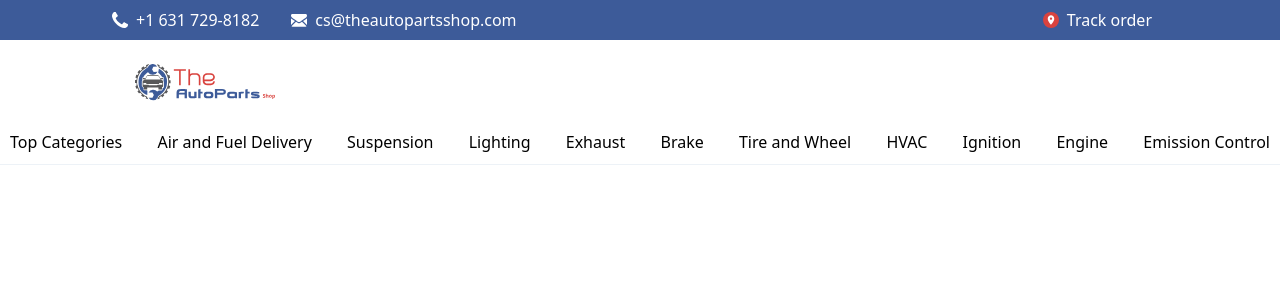
Repository: robindhimanspineor/TAPS-Next
Page: /
An editor plug-in stored every save of this project. The page is shown before and after the next save, followed by the edit.
The browser window is 1280 px wide. The pictures show the whole page.
The project was rebuilt for these pictures with package versions that can differ from the ones it lists, and the page was loaded fresh each time. The framework's server and built-in components were replaced by stand-ins that run in the browser. Also part of the build but not shown: next.config.js.

Above is the page before, as saved 2021-09-16 16:58:44.

### src/pages/index.tsx
// import { useRouter } from 'next/router';

// import { Meta } from '../layout/Meta';
// import { Main } from '../templates/Main';
import Header from '../components/common/header';

const Index = () => {
  // const router = useRouter();

  return (
    // <Main
    //   meta={
    //     <Meta
    //       title="Next.js Boilerplate Presentation"
    //       description="Next js Boilerplate is the perfect starter code for your project. Build your React application with the Next.js framework."
    //     />
    //   }
    // >
    // </Main>
    <div>
      <main className="main-container block">
        <Header />
      </main>
    </div>
  );
};

export default Index;

### src/styles/main.css
@tailwind base;
a {
  @apply text-blue-700;
}

a:hover {
  @apply border-b-2 border-blue-700;
}

@tailwind components;
@tailwind utilities;
.content p {
  @apply my-6;
}

.content ul {
  @apply my-6;
}

a {
  text-decoration: none;
  color: black;
}

.main-header {
  display: flex;
  flex-direction: row;
  flex-wrap: nowrap;
  align-content: flex-start;
  align-items: center;
  height: 80px;
  max-width: 1580px;
  flex-grow: 1;
  width: 100%;
  padding: 0 125px 0 115px;
}

.logo {
  flex-basis: 260px;
  display: flex;
  align-items: center;
  justify-content: flex-start;
  padding-left: 20px;
}

.logo a {
  display: inline-block;
}

.logo a span {
  display: block;
  margin-top: 5px;
  width: 140px;
}

### src/components/common/header/index.tsx
import TopHeader from './top-header';
import MainHeader from './main-header';
import CategoriesHeader from './categories-header';

const Header = () => {
  return (
    <header className="flex flex-col items-center justify-center w-full static border-b z-50">
      <TopHeader />
      <MainHeader />
      <CategoriesHeader />
    </header>
  );
};

export default Header;

### src/components/common/header/top-header.tsx
import PhoneHandle from '../../../svg/PhoneHandleSvg.js';
import MailBoxSvg from '../../../svg/MailBoxSvg.js';
import TrackOrderSvg from '../../../svg/TrackOrderSvg.js';

import topHeaderStyles from '../../../styles/top-header.module.css';
const TopHeader = () => {
  return (
    <div
      className={`${topHeaderStyles.bgBlue} head-top flex justify-between py-2 pr-32 pl-28  w-full text-base`}
    >
      <div className="w-screen max-w-screen-xl flex justify-between">
        <div className="head-top-left flex text-white font-medium w-9/12">
          <div className="head-top-phone flex items-center text-white w-auto">
            <div
              className="text-white h-6 w-6 flex items-center pr-2"
              style={{ fill: '#fff' }}
            >
              <PhoneHandle />
            </div>
            <p>+1 631 729-8182</p>
          </div>
          <div className="heap-top-email flex items-center text-white w-auto ml-8">
            <div
              className="text-white h-6 w-6 flex items-center pr-2"
              style={{ fill: '#fff' }}
            >
              <MailBoxSvg />
            </div>
            <p>cs@theautopartsshop.com</p>
          </div>
        </div>
        <div className="head-top-right text-white font-medium">
          <div
            className="head-top-track-order flex items-center text-white w-auto cursor-pointer"
            onClick={() => console.log('track order')}
          >
            <div
              className="text-white h-6 w-6 flex items-center pr-2 "
              style={{ fill: '#fff' }}
            >
              <TrackOrderSvg />
            </div>
            <p>Track order</p>
          </div>
        </div>
      </div>
    </div>
  );
};
export default TopHeader;

### src/components/common/header/main-header.tsx
import Logo from './logo';

const MainHeader = () => {
  return (
    <div className="main-header">
      <Logo />
      <div className="searchbar"></div>
      <div className="cart-button"></div>
    </div>
  );
};

export default MainHeader;

### src/components/common/header/categories-header.tsx
import Link from 'next/link';
const CategoriesHeader = () => {
  return (
    <div className="header-categories w-screen max-w-screen-xl flex justify-between ">
      <Link href="/">
        <a className="m-2.5 text-black">Top Categories</a>
      </Link>
      <Link href="/air-and-fuel-delivery">
        <a className="m-2.5 text-black">Air and Fuel Delivery</a>
      </Link>
      <Link href="/suspension">
        <a className="m-2.5 text-black">Suspension</a>
      </Link>
      <Link href="/electrical-lighting-and-body">
        <a className="m-2.5 text-black">Lighting</a>
      </Link>
      <Link href="/exhaust">
        <a className="m-2.5 text-black">Exhaust</a>
      </Link>
      <Link href="/brake">
        <a className="m-2.5 text-black">Brake</a>
      </Link>
      <Link href="/tire-and-wheel">
        <a className="m-2.5 text-black">Tire and Wheel</a>
      </Link>
      <Link href="/hvac">
        <a className="m-2.5 text-black">HVAC</a>
      </Link>
      <Link href="/ignition">
        <a className="m-2.5 text-black">Ignition</a>
      </Link>
      <Link href="/engine">
        <a className="m-2.5 text-black">Engine</a>
      </Link>
      <Link href="/emission-control">
        <a className="m-2.5 text-black">Emission Control</a>
      </Link>
    </div>
  );
};

export default CategoriesHeader;

### src/svg/PhoneHandleSvg.js
import React from 'react';

const PhoneHandle = () => (
  <svg
    version="1.1"
    xmlns="http://www.w3.org/2000/svg"
    xmlnsXlink="http://www.w3.org/1999/xlink"
    x="0px"
    y="0px"
    width="401.998px"
    height="401.998px"
    viewBox="0 0 401.998 401.998"
    style={{ enableBackground: 'new 0 0 401.998 401.998' }}
    xmlSpace="preserve"
    aria-label="phone handle svg"
  >
    <g>
      <path
        d="M401.129,311.475c-1.137-3.426-8.371-8.473-21.697-15.129c-3.61-2.098-8.754-4.949-15.41-8.566
		c-6.662-3.617-12.709-6.95-18.13-9.996c-5.432-3.045-10.521-5.995-15.276-8.846c-0.76-0.571-3.139-2.234-7.136-5
		c-4.001-2.758-7.375-4.805-10.14-6.14c-2.759-1.327-5.473-1.995-8.138-1.995c-3.806,0-8.56,2.714-14.268,8.135
		c-5.708,5.428-10.944,11.324-15.7,17.706c-4.757,6.379-9.802,12.275-15.126,17.7c-5.332,5.427-9.713,8.138-13.135,8.138
		c-1.718,0-3.86-0.479-6.427-1.424c-2.566-0.951-4.518-1.766-5.858-2.423c-1.328-0.671-3.607-1.999-6.845-4.004
		c-3.244-1.999-5.048-3.094-5.428-3.285c-26.075-14.469-48.438-31.029-67.093-49.676c-18.649-18.658-35.211-41.019-49.676-67.097
		c-0.19-0.381-1.287-2.19-3.284-5.424c-2-3.237-3.333-5.518-3.999-6.854c-0.666-1.331-1.475-3.283-2.425-5.852
		s-1.427-4.709-1.427-6.424c0-3.424,2.713-7.804,8.138-13.134c5.424-5.327,11.326-10.373,17.7-15.128
		c6.379-4.755,12.275-9.991,17.701-15.699c5.424-5.711,8.136-10.467,8.136-14.273c0-2.663-0.666-5.378-1.997-8.137
		c-1.332-2.765-3.378-6.139-6.139-10.138c-2.762-3.997-4.427-6.374-4.999-7.139c-2.852-4.755-5.799-9.846-8.848-15.271
		c-3.049-5.424-6.377-11.47-9.995-18.131c-3.615-6.658-6.468-11.799-8.564-15.415C98.986,9.233,93.943,1.997,90.516,0.859
		C89.183,0.288,87.183,0,84.521,0c-5.142,0-11.85,0.95-20.129,2.856c-8.282,1.903-14.799,3.899-19.558,5.996
		c-9.517,3.995-19.604,15.605-30.264,34.826C4.863,61.566,0.01,79.271,0.01,96.78c0,5.135,0.333,10.131,0.999,14.989
		c0.666,4.853,1.856,10.326,3.571,16.418c1.712,6.09,3.093,10.614,4.137,13.56c1.045,2.948,2.996,8.229,5.852,15.845
		c2.852,7.614,4.567,12.275,5.138,13.988c6.661,18.654,14.56,35.307,23.695,49.964c15.03,24.362,35.541,49.539,61.521,75.521
		c25.981,25.98,51.153,46.49,75.517,61.526c14.655,9.134,31.314,17.032,49.965,23.698c1.714,0.568,6.375,2.279,13.986,5.141
		c7.614,2.854,12.897,4.805,15.845,5.852c2.949,1.048,7.474,2.43,13.559,4.145c6.098,1.715,11.566,2.905,16.419,3.576
		c4.856,0.657,9.853,0.996,14.989,0.996c17.508,0,35.214-4.856,53.105-14.562c19.219-10.656,30.826-20.745,34.823-30.269
		c2.102-4.754,4.093-11.273,5.996-19.555c1.909-8.278,2.857-14.985,2.857-20.126C401.99,314.814,401.703,312.819,401.129,311.475z"
      />
    </g>
    <g />
    <g />
    <g />
    <g />
    <g />
    <g />
    <g />
    <g />
    <g />
    <g />
    <g />
    <g />
    <g />
    <g />
    <g />
  </svg>
);

export default PhoneHandle;

### src/svg/MailBoxSvg.js
import React from 'react';

const MailBoxSvg = () => (
  <svg
    version="1.1"
    xmlns="http://www.w3.org/2000/svg"
    xmlnsXlink="http://www.w3.org/1999/xlink"
    x="0px"
    y="0px"
    width="550.795px"
    height="550.795px"
    viewBox="0 0 550.795 550.795"
    style={{ enableBackground: 'new 0 0 550.795 550.795' }}
    xmlSpace="preserve"
    aria-label="mail box"
  >
    <g>
      <g>
        <path
          d="M501.613,491.782c12.381,0,23.109-4.088,32.229-12.16L377.793,323.567c-3.744,2.681-7.373,5.288-10.801,7.767
			c-11.678,8.604-21.156,15.318-28.434,20.129c-7.277,4.822-16.959,9.737-29.045,14.755c-12.094,5.024-23.361,7.528-33.813,7.528
			h-0.306h-0.306c-10.453,0-21.72-2.503-33.813-7.528c-12.093-5.018-21.775-9.933-29.045-14.755
			c-7.277-4.811-16.75-11.524-28.434-20.129c-3.256-2.387-6.867-5.006-10.771-7.809L16.946,479.622
			c9.119,8.072,19.854,12.16,32.234,12.16H501.613z"
        />
        <path
          d="M31.047,225.299C19.37,217.514,9.015,208.598,0,198.555V435.98l137.541-137.541
			C110.025,279.229,74.572,254.877,31.047,225.299z"
        />
        <path
          d="M520.059,225.299c-41.865,28.336-77.447,52.73-106.75,73.195l137.486,137.492V198.555
			C541.98,208.396,531.736,217.306,520.059,225.299z"
        />
        <path
          d="M501.613,59.013H49.181c-15.784,0-27.919,5.33-36.42,15.979C4.253,85.646,0.006,98.97,0.006,114.949
			c0,12.907,5.636,26.892,16.903,41.959c11.267,15.061,23.256,26.891,35.961,35.496c6.965,4.921,27.969,19.523,63.012,43.801
			c18.917,13.109,35.368,24.535,49.505,34.395c12.05,8.396,22.442,15.667,31.022,21.701c0.985,0.691,2.534,1.799,4.59,3.269
			c2.215,1.591,5.018,3.61,8.476,6.107c6.659,4.816,12.191,8.709,16.597,11.683c4.4,2.975,9.731,6.298,15.985,9.988
			c6.249,3.685,12.143,6.456,17.675,8.299c5.533,1.842,10.655,2.766,15.367,2.766h0.306h0.306c4.711,0,9.834-0.924,15.368-2.766
			c5.531-1.843,11.42-4.608,17.674-8.299c6.248-3.69,11.572-7.02,15.986-9.988c4.406-2.974,9.938-6.866,16.598-11.683
			c3.451-2.497,6.254-4.517,8.469-6.102c2.057-1.476,3.605-2.577,4.596-3.274c6.684-4.651,17.1-11.892,31.104-21.616
			c25.482-17.705,63.01-43.764,112.742-78.281c14.957-10.447,27.453-23.054,37.496-37.803c10.025-14.749,15.051-30.22,15.051-46.408
			c0-13.525-4.873-25.098-14.598-34.737C526.461,63.829,514.932,59.013,501.613,59.013z"
        />
      </g>
    </g>
    <g />
    <g />
    <g />
    <g />
    <g />
    <g />
    <g />
    <g />
    <g />
    <g />
    <g />
    <g />
    <g />
    <g />
    <g />
  </svg>
);

export default MailBoxSvg;

### src/svg/TrackOrderSvg.js
import React from 'react';

const TrackOrderSvg = () => (
    <svg xmlns="http://www.w3.org/2000/svg"
        version="1.1"
        id="Layer_1"
        x="0px"
        y="0px"
        viewBox="0 0 28 28"
        style={{ enableBackground: "new 0 0 28 28" }}>

        <circle id="Ellipse_2" fill="#D9433E" cx="14" cy="14" r="14" />
        <path id="Icon_material-location-on" fill="#FFFFFF" d="M14,5.9c-3.1,0-5.7,2.5-5.7,5.7c0,0,0,0,0,0c0,4.3,5.7,10.5,5.7,10.5  s5.7-6.3,5.7-10.5C19.7,8.4,17.1,5.9,14,5.9C14,5.9,14,5.9,14,5.9z M14,13.6c-1.1,0-2-0.9-2-2c0-1.1,0.9-2,2-2c1.1,0,2,0.9,2,2l0,0  C16,12.7,15.1,13.6,14,13.6z" />
    </svg>
);

export default TrackOrderSvg;

### src/styles/top-header.module.css
.bgBlue {
  background-color: #3d5b99;
}

### src/components/common/header/logo.tsx
import React from 'react';
import Link from 'next/link';

const Logo = () => (
  <div className="logo">
    <Link href="/">
      <a>
        <span>
          <svg x="0px" y="0px" viewBox="0 0 1004.91 260.67">
            <title>theautopartsshop.com</title>
            <path
              fill="#ff0"
              d="M231.67,154.11"
              transform="translate(-48.51 -38.87)"
            />
            <path
              fill="#ff0"
              d="M259.25,150.17"
              transform="translate(-48.51 -38.87)"
            />
            <path
              fill="#d9433e"
              d="M327.3,76.1h86.6V87.9H376.66V191.22H364.95V87.9H327.3Z"
              transform="translate(-48.51 -38.87)"
            />
            <path
              fill="#d9433e"
              d="M431.62,76h12.2v33.85q8.8-5.33,15.59-5.33h31.1q10.58,0,20.92,10.66,6.87,7.35,6.87,23.59v52.43H506.5V137.58q0-16.07-12.12-20.12l-5.33-.73H461.67q-13.81,0-17.53,12.93l-.32,2.67v58.89h-12.2Z"
              transform="translate(-48.51 -38.87)"
            />
            <path
              fill="#d9433e"
              d="M564.53,104.46h28.19q20.2,0,28.2,21.65l.73,5.74v3.39q0,14.46-16.32,24.4A35.87,35.87,0,0,1,592,162.3H547.08V163q0,11.47,13.33,15.59l7.59.81h20.92q15.83,0,20.12-11.39a34.07,34.07,0,0,0,1.54-6.14h11.07q0,20.76-22.46,28.6l-6.46.73h-24.4q-24.16,0-31.91-19.39a43.41,43.41,0,0,1-1.53-10.66V134.11q0-19.63,19-27.79A26.84,26.84,0,0,1,564.53,104.46Zm-17.85,33.85v12.2h41.12q17,0,20.52-10.34a15.89,15.89,0,0,0,1.54-7.19q0-7-6.06-12.52-4.2-4.2-15.27-4.2H568.73q-12.52,0-16.72,4.93Q546.68,125.38,546.68,138.31Z"
              transform="translate(-48.51 -38.87)"
            />
            <path
              fill="#d9433e"
              d="M983.65,273.4a6.78,6.78,0,0,1-2.56,5.6,11.11,11.11,0,0,1-7.12,2,16.71,16.71,0,0,1-7.43-1.58V274.3A30.63,30.63,0,0,0,971,276a13.3,13.3,0,0,0,3.37.49,4.79,4.79,0,0,0,2.81-.7,2.4,2.4,0,0,0,1-2.08,2.3,2.3,0,0,0-.43-1.37,4.81,4.81,0,0,0-1.27-1.16,32.89,32.89,0,0,0-3.4-1.78,16.1,16.1,0,0,1-3.61-2.17,8.15,8.15,0,0,1-1.92-2.42,6.91,6.91,0,0,1-.72-3.23,6.78,6.78,0,0,1,2.36-5.47,9.8,9.8,0,0,1,6.53-2,15.4,15.4,0,0,1,3.9.48,26.89,26.89,0,0,1,3.89,1.36l-1.79,4.33a26.36,26.36,0,0,0-3.47-1.2,11.18,11.18,0,0,0-2.7-.34,3.57,3.57,0,0,0-2.42.74,2.42,2.42,0,0,0-.84,1.92,2.38,2.38,0,0,0,.34,1.28,3.74,3.74,0,0,0,1.09,1.06,33.55,33.55,0,0,0,3.53,1.84,14,14,0,0,1,5,3.53A6.89,6.89,0,0,1,983.65,273.4Z"
              transform="translate(-48.51 -38.87)"
            />
            <path
              fill="#d9433e"
              d="M1006.43,280.69H1001V269q0-4.34-3.23-4.34a3.67,3.67,0,0,0-3.32,1.56,9.53,9.53,0,0,0-1,5.06v9.44H987.9V252.75h5.48v5.69q0,.67-.13,3.12l-.12,1.62h.29a6.34,6.34,0,0,1,5.82-2.94,7.11,7.11,0,0,1,5.37,1.9,7.56,7.56,0,0,1,1.83,5.46Z"
              transform="translate(-48.51 -38.87)"
            />
            <path
              fill="#d9433e"
              d="M1030.23,270.62q0,4.9-2.58,7.67a9.37,9.37,0,0,1-7.2,2.76,10.07,10.07,0,0,1-5.1-1.27,8.41,8.41,0,0,1-3.39-3.64,12.21,12.21,0,0,1-1.19-5.53q0-4.92,2.57-7.65a9.43,9.43,0,0,1,7.22-2.73,10.13,10.13,0,0,1,5.1,1.26,8.39,8.39,0,0,1,3.39,3.61A12.1,12.1,0,0,1,1030.23,270.62Zm-13.88,0a8.42,8.42,0,0,0,1,4.51,3.5,3.5,0,0,0,3.19,1.53,3.44,3.44,0,0,0,3.15-1.52,8.54,8.54,0,0,0,1-4.51,8.29,8.29,0,0,0-1-4.47,4.12,4.12,0,0,0-6.34,0A8.28,8.28,0,0,0,1016.35,270.62Z"
              transform="translate(-48.51 -38.87)"
            />
            <path
              fill="#d9433e"
              d="M1045.7,281a6.65,6.65,0,0,1-5.55-2.57h-.29q.29,2.51.29,2.91v8.13h-5.48v-28.9h4.45l.77,2.6h.25a6.33,6.33,0,0,1,5.69-3,6.51,6.51,0,0,1,5.57,2.75q2,2.75,2,7.63a15.07,15.07,0,0,1-.94,5.58,7.83,7.83,0,0,1-2.68,3.61A6.88,6.88,0,0,1,1045.7,281Zm-1.62-16.43a3.46,3.46,0,0,0-3,1.25,7.16,7.16,0,0,0-1,4.12v.59a8.45,8.45,0,0,0,1,4.63,3.43,3.43,0,0,0,3,1.4q3.68,0,3.68-6.07a8.67,8.67,0,0,0-.91-4.44A3.09,3.09,0,0,0,1044.09,264.62Z"
              transform="translate(-48.51 -38.87)"
            />
            <path
              fill="#3d5b99"
              d="M363.38,284.2h-16.7V251.25a79.65,79.65,0,0,1,1.21-14.73A20.87,20.87,0,0,1,353,226q3.88-4.2,11.12-6.34t19.2-2.14a168.44,168.44,0,0,1,20.76,1.21q9.69,1.21,17.19,1.92V284.2H404.64V258.48H363.47Zm41.25-51.52q-4.82-.36-10.22-.58t-11.3-.22a39.21,39.21,0,0,0-9.46.94,14.28,14.28,0,0,0-5.8,2.77,10.42,10.42,0,0,0-3.08,4.38,21.9,21.9,0,0,0-1.21,5.76h41.07Z"
              transform="translate(-48.51 -38.87)"
            />
            <path
              fill="#3d5b99"
              d="M459.73,285.27a67,67,0,0,1-11.92-.94,19.65,19.65,0,0,1-8.57-3.57,16,16,0,0,1-5.18-7.28,34.9,34.9,0,0,1-1.74-12.05V238.57H449v22.86a14,14,0,0,0,.63,4.55,6.31,6.31,0,0,0,1.92,2.86,7.71,7.71,0,0,0,3.3,1.52,22.7,22.7,0,0,0,4.87.45q1.69,0,3.13,0t3-.18l3.39-.27q1.83-.13,4.42-.4V238.57h16.61v43.57q-3.39.45-6.79,1t-7.1,1q-3.71.45-7.77.76T459.73,285.27Z"
              transform="translate(-48.51 -38.87)"
            />
            <path
              fill="#3d5b99"
              d="M533.48,250.36H518.93V284.2h-16.7V222.59l16.7-4.29v19.29h14.55Z"
              transform="translate(-48.51 -38.87)"
            />
            <path
              fill="#3d5b99"
              d="M576.87,237.59a117.41,117.41,0,0,1,16.21.94,26.66,26.66,0,0,1,10.67,3.57,14.69,14.69,0,0,1,5.89,7.28,41.59,41.59,0,0,1,0,24.11,14.68,14.68,0,0,1-5.89,7.28,26.63,26.63,0,0,1-10.67,3.57,140.93,140.93,0,0,1-32.46,0A26.3,26.3,0,0,1,550,280.76a14.73,14.73,0,0,1-5.85-7.28,41.58,41.58,0,0,1,0-24.11A14.75,14.75,0,0,1,550,242.1a26.33,26.33,0,0,1,10.67-3.57A118.41,118.41,0,0,1,576.87,237.59Zm0,33.21q5.09,0,8.39-.31a14.21,14.21,0,0,0,5.18-1.29,5.5,5.5,0,0,0,2.63-2.81,13.24,13.24,0,0,0,.76-5,13.61,13.61,0,0,0-.76-5,5.48,5.48,0,0,0-2.63-2.86,14.27,14.27,0,0,0-5.18-1.29q-3.3-.31-8.39-.31t-8.39.31a14.7,14.7,0,0,0-5.22,1.29,5.24,5.24,0,0,0-2.63,2.86,14.34,14.34,0,0,0-.71,5,14,14,0,0,0,.71,5,5.26,5.26,0,0,0,2.63,2.81,14.64,14.64,0,0,0,5.22,1.29Q571.78,270.81,576.87,270.81Z"
              transform="translate(-48.51 -38.87)"
            />
            <path
              fill="#3d5b99"
              d="M672.05,218.21a57.24,57.24,0,0,1,13.71,1.38,23.44,23.44,0,0,1,8.79,4,14.2,14.2,0,0,1,4.69,6.34,24.65,24.65,0,0,1,1.38,8.57,28.61,28.61,0,0,1-1.29,9.11,13,13,0,0,1-4.51,6.29,22,22,0,0,1-8.75,3.66,67.6,67.6,0,0,1-14,1.21H638.66V284.2H622.05v-66h50Zm0,27.77a43.81,43.81,0,0,0,5.67-.31,11.57,11.57,0,0,0,3.88-1.12,5,5,0,0,0,2.23-2.28,8.72,8.72,0,0,0,.71-3.79,8.11,8.11,0,0,0-.8-3.88,5.48,5.48,0,0,0-2.37-2.28,11.43,11.43,0,0,0-3.93-1.07,48.49,48.49,0,0,0-5.4-.27H638.66v15Z"
              transform="translate(-48.51 -38.87)"
            />
            <path
              fill="#3d5b99"
              d="M744.11,237.59a113.36,113.36,0,0,1,12.5.71q6.43.72,11.88,1.52,6.25,1,12.41,2.14V284.2H768.84L766.79,282a54.66,54.66,0,0,1-9.6,2.32,80.48,80.48,0,0,1-13.08,1,118.41,118.41,0,0,1-16.25-.94,26.68,26.68,0,0,1-10.71-3.57,14.66,14.66,0,0,1-5.89-7.28,41.57,41.57,0,0,1,0-24.11,14.67,14.67,0,0,1,5.89-7.28,26.71,26.71,0,0,1,10.71-3.57A118.41,118.41,0,0,1,744.11,237.59Zm0,33.21q1.69,0,4.15-.09t5.18-.22l5.54-.27q2.81-.13,5.31-.31V252.86q-2.5-.09-5.31-.27t-5.54-.31q-2.72-.13-5.18-.22t-4.15-.09q-5.09,0-8.39.31a14.7,14.7,0,0,0-5.22,1.29,5.24,5.24,0,0,0-2.63,2.86,14.33,14.33,0,0,0-.71,5,13.94,13.94,0,0,0,.71,5,5.26,5.26,0,0,0,2.63,2.81,14.64,14.64,0,0,0,5.22,1.29Q739,270.81,744.11,270.81Z"
              transform="translate(-48.51 -38.87)"
            />
            <path
              fill="#3d5b99"
              d="M801.17,239.33q4.46-.58,9.2-1t9.64-.58q4.91-.18,9.64-.18v12q-5.09.27-8.79.71t-6.29.89q-2.95.54-5.09,1.07v32H792.86V240.72Q796.7,239.91,801.17,239.33Z"
              transform="translate(-48.51 -38.87)"
            />
            <path
              fill="#3d5b99"
              d="M871.52,250.36H857V284.2h-16.7V222.59L857,218.3v19.29h14.55Z"
              transform="translate(-48.51 -38.87)"
            />
            <path
              fill="#3d5b99"
              d="M943.67,270.9a12.91,12.91,0,0,1-1.74,6.92,11.93,11.93,0,0,1-5.8,4.51,38.31,38.31,0,0,1-10.71,2.37,144.32,144.32,0,0,1-16.56.49q-3.75-.09-7.68-.4t-7.41-.76q-3.48-.45-6.29-.89l-4.42-.71V271.88q5.44.27,10.45.45,4.28.18,8.66.31t7,.13q5.44.18,8.79.13a40.62,40.62,0,0,0,5.13-.31,5.15,5.15,0,0,0,2.37-.76,1.9,1.9,0,0,0,.67-1.29,1.21,1.21,0,0,0-.36-1.12,3.88,3.88,0,0,0-1.7-.67,28.45,28.45,0,0,0-3.44-.45l-5.58-.45q-10.72-.8-17.41-2a40.1,40.1,0,0,1-10.45-3,10.28,10.28,0,0,1-5-4.51,14.65,14.65,0,0,1-1.29-6.43,12.16,12.16,0,0,1,1.74-6.61,12.55,12.55,0,0,1,5.8-4.55,37.81,37.81,0,0,1,10.71-2.54,129.93,129.93,0,0,1,16.56-.58q4.37.09,8.75.54t7.86,1q4.11.63,7.77,1.34v10.89q-2.32-.27-5.67-.49t-6.83-.4q-3.48-.18-6.7-.31l-5.45-.22q-5.54-.09-8.84,0a46.56,46.56,0,0,0-5.13.36,5.23,5.23,0,0,0-2.41.76,1.52,1.52,0,0,0-.58,1.21,1.45,1.45,0,0,0,.36,1.07,3.35,3.35,0,0,0,1.52.63,24.73,24.73,0,0,0,3.35.45l5.85.45q10.8.8,17.5,2a40.41,40.41,0,0,1,10.4,3,10.31,10.31,0,0,1,5,4.51A14.66,14.66,0,0,1,943.67,270.9Z"
              transform="translate(-48.51 -38.87)"
            />
            <path
              fill="#58585a"
              d="M246.48,147.78a4.09,4.09,0,0,0,4.09-4.09v-2.74a2.07,2.07,0,0,0-2.3-2.06l-18,2-2.48-3.84-10-15.38a7.11,7.11,0,0,0-6-3.25H140.45a6.18,6.18,0,0,0-5.33,3L126,137l-2.35,4-16.24-1.91a3.32,3.32,0,0,0-3.71,3.3v1.77a3.65,3.65,0,0,0,3.65,3.65h12.29l-2.76,4.69-6,3.33-6,3.33a3.32,3.32,0,0,0-1.7,2.9v37.46a2.66,2.66,0,0,0,2.14,2.61l1.74,1,1.74,1a3,3,0,0,1,2.4,2.91l0,5.4,0,8a2.1,2.1,0,0,0,2.36,2.07l1.59-.19,1.59-.19h17.6a1.83,1.83,0,0,0,1.83-1.83V206.72h80.39v13.5a1.92,1.92,0,0,0,1.92,1.92h22a1.91,1.91,0,0,0,1.91-1.91V207.06a3.22,3.22,0,0,1,1.37-2.64l2-1,2-1a3.32,3.32,0,0,0,1.83-1,2.86,2.86,0,0,0,.77-1.9V161.24a3.28,3.28,0,0,0-1.74-2.9l-5.53-2.94-5.53-2.94-4.12-6.37,1.39,1.68ZM137.42,123h77.66l18.27,27.41H121.43Zm104.14,52.61a3.58,3.58,0,0,1,3.58,3.58v5.37a3.24,3.24,0,0,1-3.24,3.24h-30a3.59,3.59,0,0,0-3,1.69l-.3.48-.3.48a3.41,3.41,0,0,1-2.89,1.6H150.66a3.15,3.15,0,0,1-2.67-1.48l-.32-.51-.32-.51a3.75,3.75,0,0,0-3.18-1.76H111.57a3.37,3.37,0,0,1-3.37-3.37v-5.52a3.3,3.3,0,0,1,3.3-3.3h15a3.45,3.45,0,0,1,3.41,2.89l.22,1,.22,1a2.37,2.37,0,0,0,2.32,1.86h85.46a2.53,2.53,0,0,0,2.52-2.52v-.31a3.94,3.94,0,0,1,3.94-3.94h17Z"
              transform="translate(-48.51 -38.87)"
            />
            <path
              fill="#58585a"
              d="M147.65,44.92V39.66l-18.16,5.68a2.82,2.82,0,0,0-1.8,3.68l2.89,7.71-14.44,7.88-5.7-8a1.51,1.51,0,0,0-2.09-.36L93.76,67.68a1.51,1.51,0,0,0-.37,2.12l5.67,6.63L87.25,88.25l-6.61-5.78a1.51,1.51,0,0,0-2.07.46L67,97.63a1.51,1.51,0,0,0,.3,2l6.85,5.71-6.57,13.13-9-2.26a1.51,1.51,0,0,0-1.83,1.1l-4.53,18.13a1.51,1.51,0,0,0,1.05,1.82L61,139.46l-2,15.1H50a1.51,1.51,0,0,0-1.51,1.51v18A1.51,1.51,0,0,0,50,175.57h9l1.31,17.07L52.42,196a1.51,1.51,0,0,0-.84,1.87l5.67,17a1.51,1.51,0,0,0,1.85,1l7.8-2.23,7.88,14.44-7.93,5.67a1.51,1.51,0,0,0-.33,2.13l10,13.38a1.51,1.51,0,0,0,2,.35l8-4.46L98.41,257l-5.55,6.66a1.51,1.51,0,0,0,.25,2.17L106.65,276a1.51,1.51,0,0,0,1.87,0l7-5.8,13.13,6.57-3.29,7.68a1.51,1.51,0,0,0,.91,2l18.14,6-11.82-21s-52.52-15.76-67-85.35c0,0-17.07-84,69.59-124.74C135.18,61.33,139.12,50.83,147.65,44.92Z"
              transform="translate(-48.51 -38.87)"
            />
            <path
              fill="#3d5b99"
              d="M182.26,96.67,171.12,78.25l8.44-20,28.33-2.17A38.73,38.73,0,0,0,140,62.58l0,1.65c-17.78,9.3-53.1,34.1-63,75.89,0,0-10.77,44,7.45,79.68,0,0,12,27.32,52.1,42l.88-29.77-1.25-2.58a6.82,6.82,0,0,0-4.09-1.36H116.16a7.85,7.85,0,0,1-5.55-2.3,2.62,2.62,0,0,1-.77-1.85V212.75a5.15,5.15,0,0,0-1.51-3.65l-9.23-7.91a5.2,5.2,0,0,1-1.52-3.68v-33a12.31,12.31,0,0,1,1.3-5.51l1.1-2.21a6.26,6.26,0,0,0,.66-2.8l.31-13.75s1.81-5,4-5h2.11c1.87,0,4.62-8.24,5.66-9.8,3.1-4.63,18.15-19,30.25-28.8l.32,2.38a38.73,38.73,0,0,0,67.23-4.46Z"
              transform="translate(-48.51 -38.87)"
            />
            <path
              fill="#3d5b99"
              d="M277.2,145.8c-11.37-54.92-57.36-72.24-57.36-72.24L215,101.14c12.35,7.41,24.69,24.76,29,31.23a5.6,5.6,0,0,0,4.66,2.49h2.11c2.23,0,4,.5,4,2.73l-1.31,22.06a6.26,6.26,0,0,0,.66,2.8l1.1,2.21a12.31,12.31,0,0,1,1.3,5.51v33a5.2,5.2,0,0,1-1.52,3.68l-7.91,6.6a5.16,5.16,0,0,0-1.51,3.65v6a2.62,2.62,0,0,1-.77,1.85c-1.47,1.47-3.47,3.61-5.55,3.61H223.43a6.82,6.82,0,0,0-4.09,1.36L208,236.67a37.94,37.94,0,0,0-61.74,6l27.82-.07,9.65,18.9-9.56,18.9-27.82.07a38,38,0,0,0,66.1-.4l.5-7.91,2.73-3.69c37.06-22.67,47.55-45.64,47.55-45.64C284.21,197.23,277.2,145.8,277.2,145.8Z"
              transform="translate(-48.51 -38.87)"
            />
            <path
              fill="#58585a"
              d="M207.4,46.23V41l15.54,5.68a2.82,2.82,0,0,1,1.8,3.68L224.47,58l11.82,7.88,5.7-8a1.51,1.51,0,0,1,2.09-.36L258.66,69a1.51,1.51,0,0,1,.37,2.12l-5.67,6.63,11.82,11.82,6.61-5.78a1.51,1.51,0,0,1,2.07.46l11.6,14.69a1.51,1.51,0,0,1-.3,2l-8.17,4.4,7.88,14.44,9-2.26a1.51,1.51,0,0,1,1.83,1.1l4.53,18.13a1.51,1.51,0,0,1-1.05,1.82l-6.47,2.22.66,15.1h9a1.51,1.51,0,0,1,1.51,1.51v18a1.51,1.51,0,0,1-1.51,1.51h-9L290.78,194,300,196a1.51,1.51,0,0,1,.84,1.87l-5.67,18.32a1.51,1.51,0,0,1-1.85,1L284.21,215l-7.88,13.13,7.93,5.67a1.51,1.51,0,0,1,.33,2.13l-11.35,14.69a1.51,1.51,0,0,1-2,.35l-6.69-4.46L252.7,258.29l5.55,5.34a1.51,1.51,0,0,1-.25,2.17l-13.53,11.46a1.51,1.51,0,0,1-1.87,0l-5.65-8.43-13.13,7.88.67,9a1.51,1.51,0,0,1-.91,2l-15.51,4.73,13.13-22.32S269.11,257,285.52,188.7c0,0,21-84-65.65-124.74C219.87,64,215.93,52.14,207.4,46.23Z"
              transform="translate(-48.51 -38.87)"
            />
          </svg>
        </span>
      </a>
    </Link>
  </div>
);

export default Logo;

Loaded but not shown: src/pages/_app.tsx (common file); src/pages/_document.tsx (common file); src/utils/AppConfig.ts (common file); tailwind.config.js (common file)

After the next save:
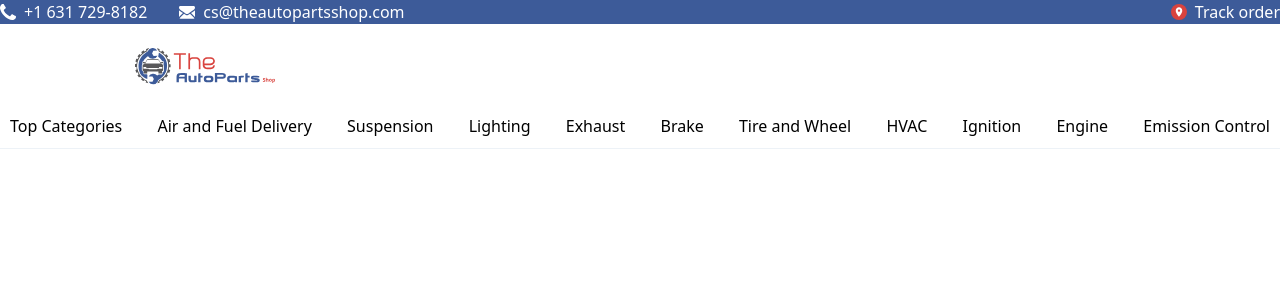
Saved 100 s later.
--- a/src/components/common/header/top-header.tsx
+++ b/src/components/common/header/top-header.tsx
@@ -5,9 +5,7 @@ import TrackOrderSvg from '../../../svg/TrackOrderSvg.js';
 import topHeaderStyles from '../../../styles/top-header.module.css';
 const TopHeader = () => {
   return (
-    <div
-      className={`${topHeaderStyles.bgBlue} head-top flex justify-between py-2 pr-32 pl-28  w-full text-base`}
-    >
+    <div className={`${topHeaderStyles.bgBlue} head-top `}>
       <div className="w-screen max-w-screen-xl flex justify-between">
         <div className="head-top-left flex text-white font-medium w-9/12">
           <div className="head-top-phone flex items-center text-white w-auto">
